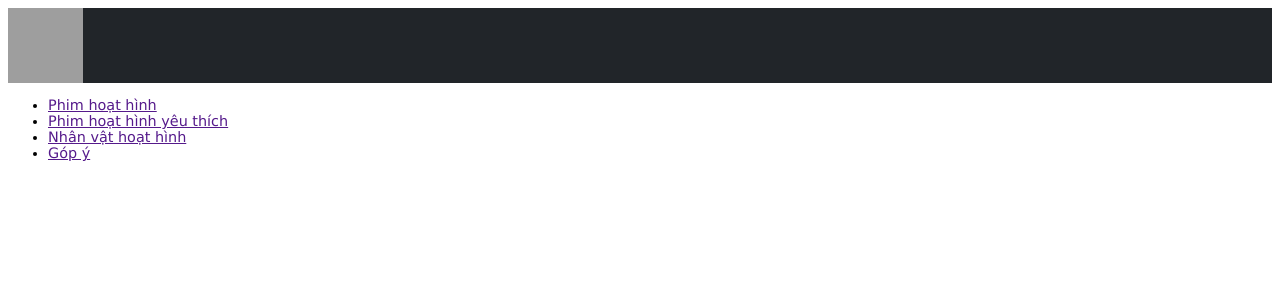
Repository: congle98/CSS_WebXemPhimYoutube
Page: index.html
The author's editor kept a copy of each file at every save. The page is drawn from the files as they stood at one save, then again after a run of saves.
The browser window is 1280 px wide. The pictures show the whole page.
Pictures or frames that could not be fetched are drawn as grey boxes.

Above is the page before, as saved 2021-05-26 17:03:33.

### index.html
<!DOCTYPE html>
<html lang="en">
<head>
    <meta charset="UTF-8">
    <meta http-equiv="X-UA-Compatible" content="IE=edge">
    <meta name="viewport" content="width=device-width, initial-scale=1.0">
    <title>Document</title>
    <style>
        body{
            font-family: Verdana,sans-serif;
            font-size: 0.9em;
        }
        .col-1 {width: 8.33%;}
        .col-2 {width: 16.66%;}
        .col-3 {width: 25%;}
        .col-4 {width: 33.33%;}
        .col-5 {width: 41.66%;}
        .col-6 {width: 50%;}
        .col-7 {width: 58.33%;}
        .col-8 {width: 66.66%;}
        .col-9 {width: 75%;}
        .col-10 {width: 83.33%;}
        .col-11 {width: 91.66%;}
        .col-12 {width: 100%;}
        .header{
            position: relative;
            background-color: #212529;
            height:75px;
        }
        .header-logo{
            position: absolute;
        }
        .header-logo img{
            width: 75px;
            height: 75px;
        }
        .head-link{
            height: 55px;
            background-color:# ;
        }

    </style>
</head>
<body>
    <div class="header col-12">
        <div class="header-logo">
            <img src="/img/logo.png" alt="not fount">
        </div>
    </div>
    <div class="head-link col-12">
        <ul class="header-link-list">
            <li class="header-link-item"><a href="">Phim hoạt hình</a></li>
            <li class="header-link-item"><a href="">Phim hoạt hình yêu thích</a></li>
            <li class="header-link-item"><a href="">Nhân vật hoạt hình</a></li>
            <li class="header-link-item"><a href="">Góp ý</a></li>
        </ul>
    </div>
    <div class="content">

    </div>
    <div class="footer">

    </div>
</body>
</html>

After the next 3 saves:
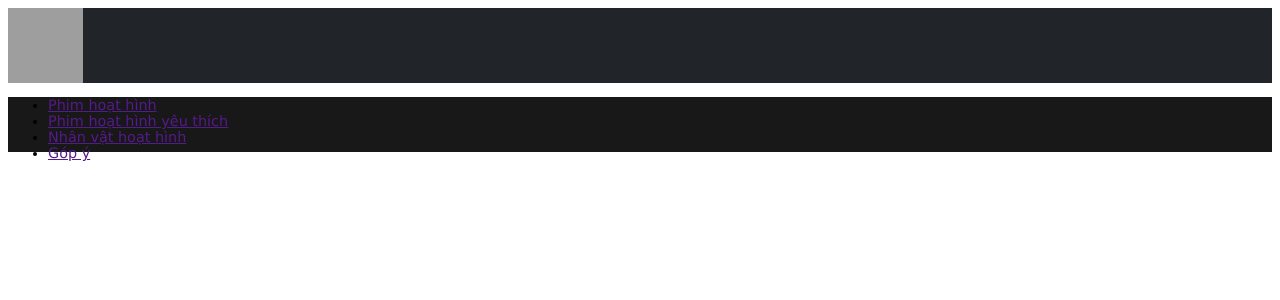
The 3 saves are shown as one change because they came seconds apart.
The last was saved 24 s later.
--- a/index.html
+++ b/index.html
@@ -36,7 +36,7 @@
         }
         .head-link{
             height: 55px;
-            background-color:# ;
+            background-color:#181818;
         }
 
     </style>
